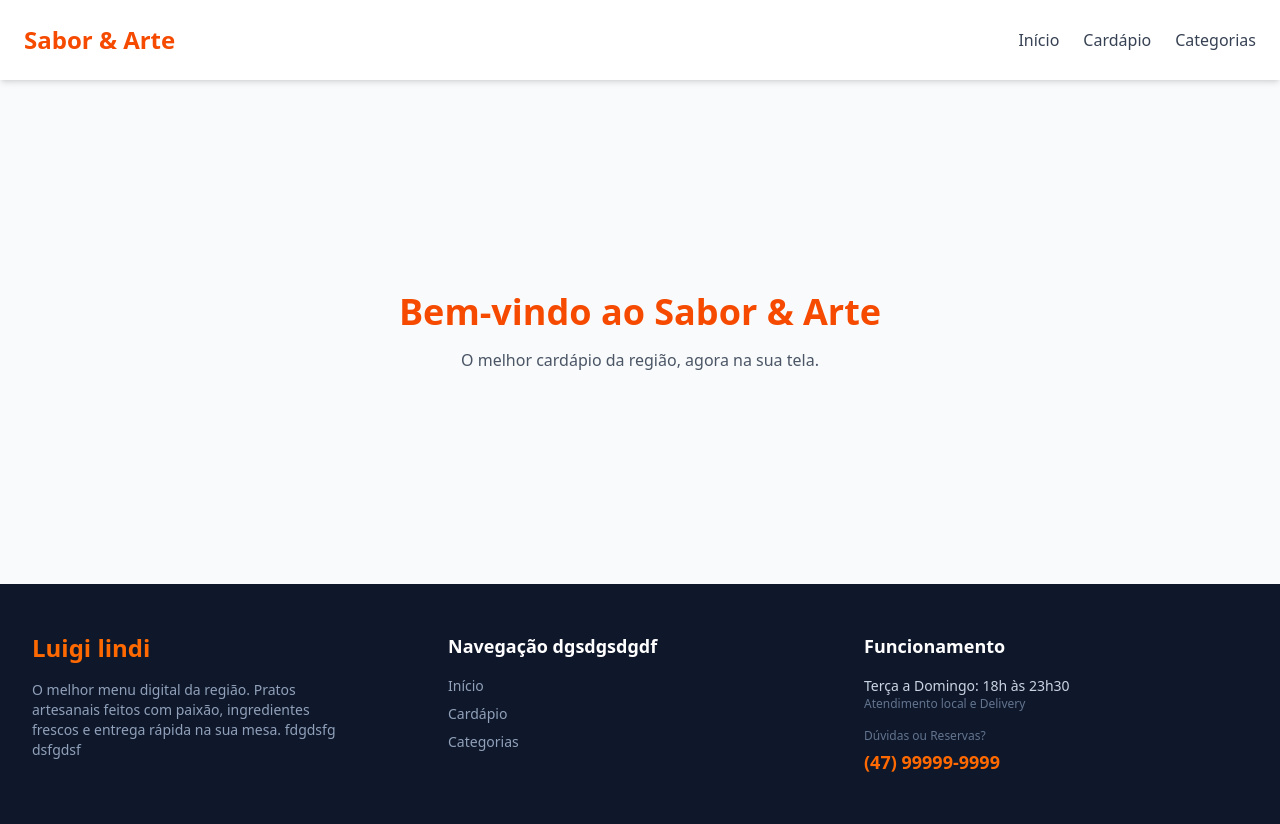
Repository: LuigiBLombardo/Next---Atividade
Page: / (app in sistema-cardapio/)
The author's editor kept a copy of each file at every save. The page is drawn from the files as they stood at one save, then again after a run of saves.
The browser window is 1280 px wide. The pictures show the whole page.
The project was rebuilt for these pictures with package versions that can differ from the ones it lists, and the page was loaded fresh each time. The framework's server and built-in components were replaced by stand-ins that run in the browser. Also part of the build but not shown: sistema-cardapio/next.config.mjs.

Above is the page before, as saved 2026-09-04 20:46:03.

### sistema-cardapio/src/app/layout.js
import { Inter, Montserrat } from "next/font/google";
import "./globals.css";
import Navbar from "@/components/Navbar";
import Footer from "@/components/Footer";

const inter = Inter({ subsets: ["latin"], variable: "--font-inter" });

const montserrat = Montserrat({ subsets: ["latin"], variable: "--font-montserrat" });

export default function RootLayout({ children }) {
    return (
        <html lang="pt-br" className={`${inter.variable} ${montserrat.variable}`}>
            <body className="font-sans bg-gray-50 antialiased">
                <Navbar />
                {children}
                <Footer/>
            </body>
        </html>
);
}

### sistema-cardapio/src/app/page.js
import Image from "next/image";

export default function Home() {
  return (
    <main className="flex flex-col items-center justify-center min-h-[70vh]">
        <h1 className="text-4xl font-bold text-orange-600">Bem-vindo ao Sabor & Arte</h1>
        <p className="mt-4 text-gray-600">O melhor cardápio da região, agora na sua tela.</p>
    </main>
  );
}

### sistema-cardapio/src/components/Navbar.js
import Link from 'next/link';

export default function Navbar() {
    return (
        <nav className="flex items-center justify-between p-6 bg-white shadow-md">
            <h2 className="text-2xl font-bold text-orange-600">Sabor & Arte</h2>
            <div className="flex gap-6">
                <Link href="/" className="text-gray-700 hover:text-orange-600 font-medium">Início</Link>
                <Link href="/cardapio" className="text-gray-700 hover:text-orange-600 font-medium">Cardápio</Link>
                <Link href="/categorias" className="text-gray-700 hover:text-orange-600
font-medium">Categorias</Link>
            </div>
        </nav>
);
}

### sistema-cardapio/src/components/Footer.js
import Link from "next/link";

export default function Footer(){
    return (
            <footer className="w-full bg-slate-900 text-slate-400 pt-12">

                <div className="max-w-7xl mx-auto px-8 pb-12 grid grid-cols-1 md:grid-cols-3 gap-8 ">

                    <div>
                        <h2 className="text-2xl font-bold text-orange-500 mb-4">
                            Luigi lindi
                        </h2>
                        <p className="text-sm max-w-xs text-slate-400">
                            O melhor menu digital da região. Pratos artesanais feitos com
                            paixão, ingredientes frescos e entrega rápida na sua mesa. fdgdsfg dsfgdsf
                        </p>
                    </div>

                    <div>
                        <h3 className="text-lg font-bold text-white mb-4">
                            Navegação dgsdgsdgdf
                        </h3>
                        <div className="flex flex-col gap-2 text-sm">

                            <Link href="/" className="hover:text-white transition">Início</Link>
                            <Link href="/cardapio" className="hover:text-white transition">Cardápio</Link>
                            <Link href="/categorias" className="hover:text-white transition">Categorias</Link>

                        </div>
                    </div>

                    <div>
                        <h3 className="text-lg font-bold text-white mb-4">
                            Funcionamento
                        </h3>
                        <p className="text-sm text-slate-300">
                            Terça a Domingo: 18h às 23h30
                        </p>
                        <p className="text-xs text-slate-500 mb-4">
                            Atendimento local e Delivery
                        </p>

                        <span className="block text-xs text-slate-500 mb-1">
                            Dúvidas ou Reservas?
                        </span>
                        <a className="text-lg font-bold text-orange-500 inline-block">
                            (47) 99999-9999
                        </a>
                    </div>
                </div>

                <div className="bg-blue-500">
                    <p>

                    </p>
                </div>

            </footer>
    )
}

Loaded but not shown: sistema-cardapio/src/app/globals.css (common file)

After the next 2 saves:
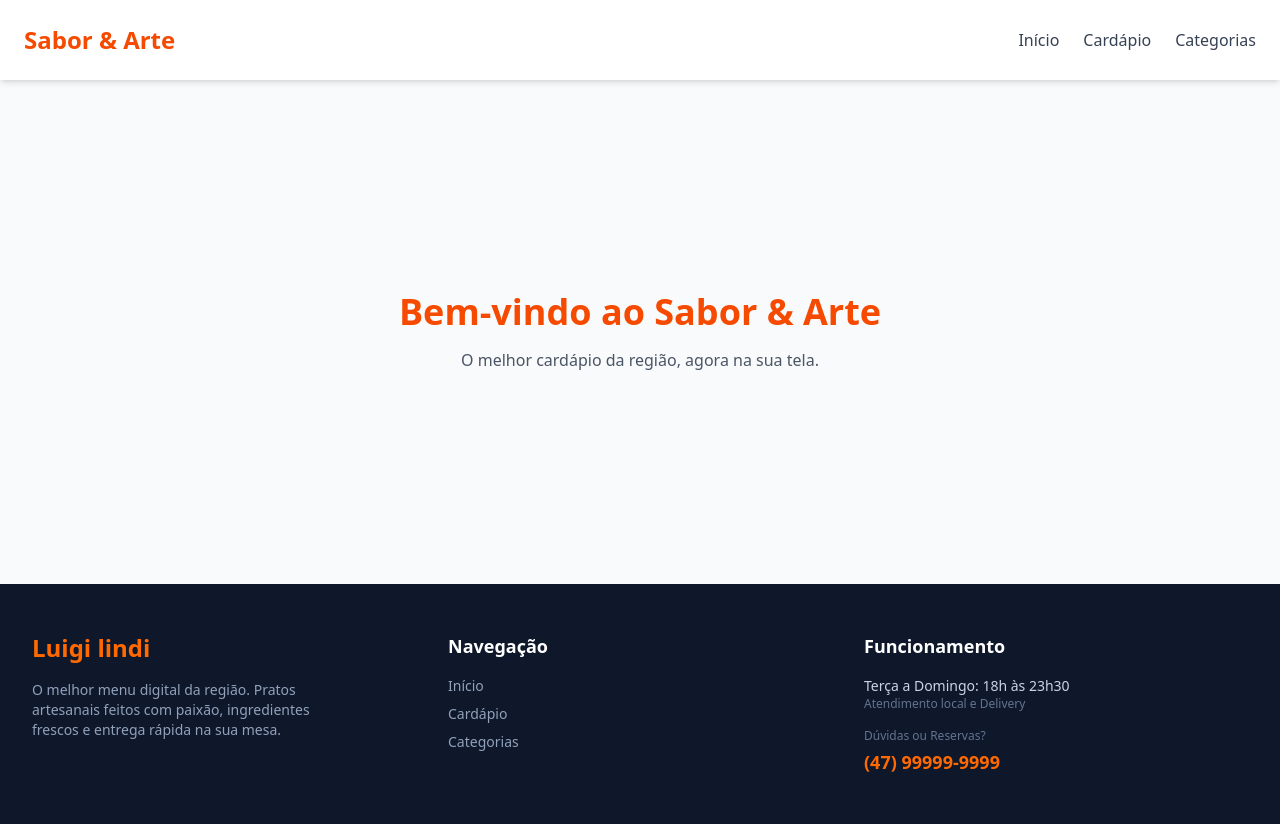
The 2 saves are shown as one change because they came seconds apart.
The last was saved 7 s later.
--- a/sistema-cardapio/src/components/Footer.js
+++ b/sistema-cardapio/src/components/Footer.js
@@ -12,13 +12,13 @@ export default function Footer(){
                         </h2>
                         <p className="text-sm max-w-xs text-slate-400">
                             O melhor menu digital da região. Pratos artesanais feitos com
-                            paixão, ingredientes frescos e entrega rápida na sua mesa. fdgdsfg dsfgdsf
+                            paixão, ingredientes frescos e entrega rápida na sua mesa.
                         </p>
                     </div>
 
                     <div>
                         <h3 className="text-lg font-bold text-white mb-4">
-                            Navegação dgsdgsdgdf
+                            Navegação
                         </h3>
                         <div className="flex flex-col gap-2 text-sm">
 
